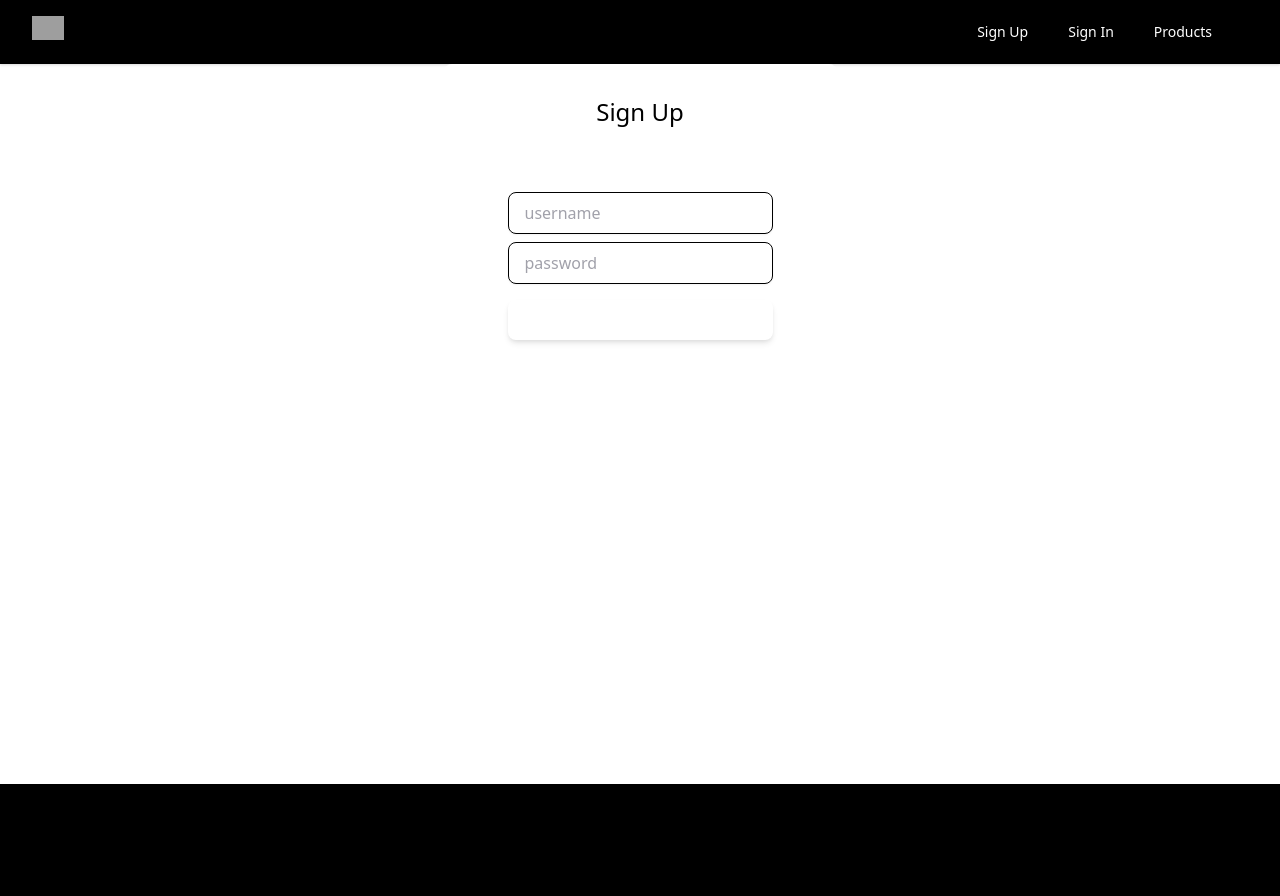
Repository: jesschoe/devup
Page: /signup (app in client/)
An editor plug-in stored every save of this project. The page is shown before and after the next save, followed by the edit.
The browser window is 1280 px wide. The pictures show the whole page.
Pictures or frames that could not be fetched are drawn as grey boxes. The project was rebuilt for these pictures with package versions that can differ from the ones it lists, and the page was loaded fresh each time. Also part of the build but not shown: client/craco.config.js, client/src/screens/Home/Home.jsx, client/src/services/products.js, client/src/screens/ProductDetail/ProductDetail.jsx, client/src/screens/ProductEdit/ProductEdit.jsx, client/src/screens/ProductCreate/ProductCreate.jsx, client/src/screens/SignIn/SignIn.jsx, client/src/components/Product/Product.jsx and 2 more.

Above is the page before, as saved 2021-10-10 13:49:34.

### client/src/App.js
import './App.css';
import { Route } from "react-router-dom"
import Home from "./screens/Home/Home"
import ProductDetail from "./screens/ProductDetail/ProductDetail"
import ProductEdit from "./screens/ProductEdit/ProductEdit"
import ProductCreate from "./screens/ProductCreate/ProductCreate"
import SignUp from "./screens/SignUp/SignUp"
import SignIn from "./screens/SignIn/SignIn"
import Products from './screens/Products/Products';

function App() {
  return (
    <div className="App">
      <Route exact path="/">
        <Home />
      </Route>
      <Route exact path="/products">
       <Products />
      </Route>
      <Route path="/products/:id">
        <ProductDetail />
      </Route>
      <Route path="/products/:id/edit">
        <ProductEdit />
      </Route>
      <Route path="/add-product">
        <ProductCreate />
      </Route>
      <Route path="/signup">
        <SignUp />
      </Route>
      <Route path="/signin">
        <SignIn />
      </Route>
    </div>
  );
}

export default App;

### client/src/screens/SignUp/SignUp.jsx
import Layout from "../../components/Layout/Layout";
import { useState } from "react";
import { signUp } from "../../services/users";
import { useHistory } from "react-router-dom";

const SignUp = (props) => {
  const history = useHistory()

  const [form, setForm] = useState({
    username: "",
    email: "",
    password: "",
    passwordConfirmation: "",
    isError: false,
    errorMsg: "",
  });

  const handleChange = (e) =>
    setForm({
      ...form,
      [e.target.name]: e.target.value,
    })

    const onSignUp = async (e) => {
        e.preventDefault()
        const { setUser } = props
        try {
          const user = await signUp(form)
          setUser(user)
          history.push('/')
        } catch (error) {
          console.error(error)
          setForm({
            username: '',
            email: '',
            password: '',
            passwordConfirmation: '',
            isError: true,
            errorMsg: 'Sign Up Details Invalid',
          })
        }
      }
      const { username, email, password, passwordConfirmation } = form

      const renderError = () => {
        const toggleForm = form.isError ? 'danger' : ''
        if (form.isError) {
          return (
            <button type='submit' className={toggleForm}>
              {form.errorMsg}
            </button>
          )
        } else {
          return <button type='submit'>Sign Up</button>
        }
      }

  return (
      <Layout>
          <div className="min-h-screen min-w-max">
          <div className="flex justify-center items-center">
        <div class="flex flex-col justify-center items-center max-w-md px-4 py-8 bg-white rounded-lg  sm:px-6 md:px-8 lg:px-10">
          <div class="self-center mb-2 text-xl font-light text-black sm:text-2xl dark:text-white">
            Sign Up
          </div>
          <div class="p-6 mt-8">
            <form onsubmit={onSignUp}>
              <div class="flex flex-col mb-2">
                <div class=" relative ">
                  <input
                    className=" rounded-lg border-transparent flex-1 appearance-none border border-gray-300 w-full py-2 px-4 bg-white text-gray-700 placeholder-gray-400 shadow-sm text-base focus:outline-none focus:ring-2 focus:ring-purple-600 focus:border-transparent"
                    required
                    type="text"
                    value={username}
                    onChange={handleChange}
                    placeholder="username"
                  />
                </div>
              </div>
              <div className="flex flex-col mb-2">
                <div className=" relative ">
                  <input
                    className=" rounded-lg border-transparent flex-1 appearance-none border border-gray-300 w-full py-2 px-4 bg-white text-gray-700 placeholder-gray-400 shadow-sm text-base focus:outline-none focus:ring-2 focus:ring-purple-600 focus:border-transparent"
                    required
                    type="password"
                    value={password}
                    onChange={handleChange}
                    placeholder="password"
                  />
                </div>
              </div>
              <div class="flex w-full my-4">
                <div
                  class="py-2 px-4  bg-purple-600 hover:bg-purple-700 focus:ring-purple-500 focus:ring-offset-purple-200 text-white w-full transition ease-in duration-200 text-center text-base font-semibold shadow-md focus:outline-none focus:ring-2 focus:ring-offset-2  rounded-lg "
                  type="submit"
                >
                  {renderError()}
                </div>
              </div>
            </form>
          </div>
        </div>
      </div>
      </div>
      </Layout>
  )

};

export default SignUp;

### client/src/components/Layout/Layout.jsx
import Footer from '../Footer/Footer'
import Nav from '../Nav/Nav'

const Layout = (props) => {
  return (
    <div>
      <Nav />
      <div className="">
        {props.children}
      </div>
      <Footer />
    </div>
  )
}

export default Layout

### client/src/services/users.js
import api from './apiConfig'
import jwtDecode from 'jwt-decode'

export const signUp = async (credentials) => {
  try {
    const resp = await api.post('/sign-up', credentials)
    localStorage.setItem('token', resp.data.token)
    const user = jwtDecode(resp.data.token)
    return user
  } catch (error) {
    throw error
  }
}

export const signIn = async (credentials) => {
  try {
    const resp = await api.post('/sign-in', credentials)
    localStorage.setItem('token', resp.data.token)
    const user = jwtDecode(resp.data.token)
    return user
  } catch (error) {
    throw error
  }
}

export const signOut = async () => {
  try {
    localStorage.removeItem("token")
    return true
  } catch (error) {
    throw error
  }
}

export const changePassword = async (passwords, user) => {
  try {
    const resp = await api.post('/')
    return resp.data
  } catch (error) {
    throw error
  }
}

export const verifyUser = async () => {
  const token = localStorage.getItem('token')
  if (token) {
    const res = await api.get('/verify')
    return res.data
  }
  return false
}

### client/src/components/Footer/Footer.jsx
import React from "react";
import { Link } from "react-router-dom";
const Footer = () => {
  return (
    <div>
      <footer className="px-3 py-8 bg-black text-2 text-gray-500 transition-colors duration-200">
        <div className="flex flex-col">
          <div className="md:hidden mt-7 mx-auto w-11 h-px rounded-full"></div>
          <div class="mt-4 md:mt-0 flex flex-col md:flex-row">
            <nav className="flex-1 flex flex-col items-center justify-center md:items-end md:border-r border-gray-100 md:pr-5">
              <Link to="/" className="hover:text-white">
                About us
              </Link>
              <Link className="hover:text-white">Contacts</Link>
            </nav>
            <div className="md:hidden mt-4 mx-auto w-11 h-px rounded-full"></div>
            <div className="mt-4 md:mt-0 flex-1 flex items-center justify-center md:border-r border-gray-100 hover:text-white">
              <Link to="/">DevUp</Link>
            </div>
            <div className="md:hidden mt-4 mx-auto w-11 h-px rounded-full "></div>
            <div className="mt-7 md:mt-0 flex-1 flex flex-col items-center justify-center md:items-start md:pl-5">
              <svg
                xmlns="http://www.w3.org/2000/svg"
                width="30"
                height="30"
                fill="currentColor"
                className="text-xl hover:text-white transition-colors duration-200"
                viewBox="0 0 1792 1792"
              >
                <path d="M896 128q209 0 385.5 103t279.5 279.5 103 385.5q0 251-146.5 451.5t-378.5 277.5q-27 5-40-7t-13-30q0-3 .5-76.5t.5-134.5q0-97-52-142 57-6 102.5-18t94-39 81-66.5 53-105 20.5-150.5q0-119-79-206 37-91-8-204-28-9-81 11t-92 44l-38 24q-93-26-192-26t-192 26q-16-11-42.5-27t-83.5-38.5-85-13.5q-45 113-8 204-79 87-79 206 0 85 20.5 150t52.5 105 80.5 67 94 39 102.5 18q-39 36-49 103-21 10-45 15t-57 5-65.5-21.5-55.5-62.5q-19-32-48.5-52t-49.5-24l-20-3q-21 0-29 4.5t-5 11.5 9 14 13 12l7 5q22 10 43.5 38t31.5 51l10 23q13 38 44 61.5t67 30 69.5 7 55.5-3.5l23-4q0 38 .5 88.5t.5 54.5q0 18-13 30t-40 7q-232-77-378.5-277.5t-146.5-451.5q0-209 103-385.5t279.5-279.5 385.5-103zm-477 1103q3-7-7-12-10-3-13 2-3 7 7 12 9 6 13-2zm31 34q7-5-2-16-10-9-16-3-7 5 2 16 10 10 16 3zm30 45q9-7 0-19-8-13-17-6-9 5 0 18t17 7zm42 42q8-8-4-19-12-12-20-3-9 8 4 19 12 12 20 3zm57 25q3-11-13-16-15-4-19 7t13 15q15 6 19-6zm63 5q0-13-17-11-16 0-16 11 0 13 17 11 16 0 16-11zm58-10q-2-11-18-9-16 3-14 15t18 8 14-14z"></path>
              </svg>
            </div>
          </div>
        </div>
      </footer>
    </div>
  );
};

export default Footer;

### client/src/components/Nav/Nav.jsx
import { NavLink } from "react-router-dom";
import MobileNav from "../MobileNav/MobileNav";

const Nav = () => {
  return (
    <div>
      <nav className="bg-black dark:bg-gray-800  shadow ">
        <div className="max-w-7xl mx-auto px-8">
          <div className="flex items-center justify-between h-16">
            <div className="w-full justify-between flex items-center">
              <NavLink className="h-8 w-8" to="/">
                <img src="../../../public/logo.png" alt="Devup Logo" />{" "}
              </NavLink>
              <div className="hidden md:block">
                <div className="ml-10 flex items-baseline space-x-4">
                  <NavLink
                    className="text-white hover:text-indigo-400 px-3 py-2 rounded-md text-sm font-medium"
                    to="/signup"
                  >
                    Sign Up
                  </NavLink>
                  <NavLink
                    className="text-white hover:text-indigo-400 px-3 py-2 rounded-md text-sm font-medium"to="/signin">
                    Sign In
                  </NavLink>
                  <NavLink className="text-white hover:text-indigo-400 px-3 py-2 rounded-md text-sm font-medium"to="/products">
                    Products
                  </NavLink>
                </div>
              </div>
            </div>
            <div className="block">
              <div className="ml-4 flex items-center md:ml-6"></div>
            </div>
            <div className="-mr-2 flex md:hidden">
              <button className="text-white inline-flex items-center justify-center p-2 rounded-md focus:outline-none">
                <svg
                  width="20"
                  height="20"
                  fill="currentColor"
                  className="h-8 w-8"
                  viewBox="0 0 1792 1792"
                  xmlns="http://www.w3.org/2000/svg"
                >
                  <path d="M1664 1344v128q0 26-19 45t-45 19h-1408q-26 0-45-19t-19-45v-128q0-26 19-45t45-19h1408q26 0 45 19t19 45zm0-512v128q0 26-19 45t-45 19h-1408q-26 0-45-19t-19-45v-128q0-26 19-45t45-19h1408q26 0 45 19t19 45zm0-512v128q0 26-19 45t-45 19h-1408q-26 0-45-19t-19-45v-128q0-26 19-45t45-19h1408q26 0 45 19t19 45z"></path>
                </svg>
              </button>
            </div>
          </div>
        </div>
        <div className="md:hidden">
          <MobileNav />
        </div>
      </nav>
    </div>
  );
};

export default Nav;

### client/src/services/apiConfig.js
import axios from 'axios'

const getToken = () => {
    return new Promise(resolve => {
        resolve(`Bearer ${localStorage.getItem('token') || null}`)
    })
}

const api = axios.create({
    baseURL: process.env.NODE_ENV === 'production'
        ? 'https://devupapp.herokuapp.com//api'
        : 'http://localhost:3000/api'
})

api.interceptors.request.use(async function (config) {
    config.headers['Authorization'] = await getToken()
    return config
}, function (error) {
    console.log('Request error: ', error)
    return Promise.reject(error)
});

export default api

### client/src/components/MobileNav/MobileNav.jsx
import { NavLink } from "react-router-dom";

const MobileNav = () => {
  return (
    <div className="px-2 pt-2 pb-3 space-y-1 sm:px-3">
      <NavLink
        className="text-white hover:text-indigo-400 px-3 py-2 rounded-md text-sm font-medium block"
        to="/signup">
        Sign Up
      </NavLink>
      <NavLink
        className="text-white hover:text-indigo-400 px-3 py-2 rounded-md text-sm font-medium block"
        to="/signin">
        Sign In
      </NavLink>
      <NavLink
        className="text-white hover:text-indigo-400 px-3 py-2 rounded-md text-sm font-medium block"
        to="/products">
        Products
      </NavLink>
    </div>
  );
};

export default MobileNav;

### client/tailwind.config.js


module.exports = {
  purge: ['./src/**/*.{js,jsx,ts,tsx}', './public/index.html'],
  darkMode: false, // or 'media' or 'class'
  theme: {
    extend: {},
    colors: {
      background: '#262626',
      primary: '#BABABA',
      orange: '#FFA800',
      purple: '#B371DB',
      white: '#ffffff',
      black: '#000000'
    },
  },
  variants: {
    extend: {},
  },
  plugins: [],
}

Loaded but not shown: client/public/index.html (common file); client/src/index.js (common file); client/src/index.css (common file); client/src/reportWebVitals.js (common file); client/src/App.css (common file)

After the next save:
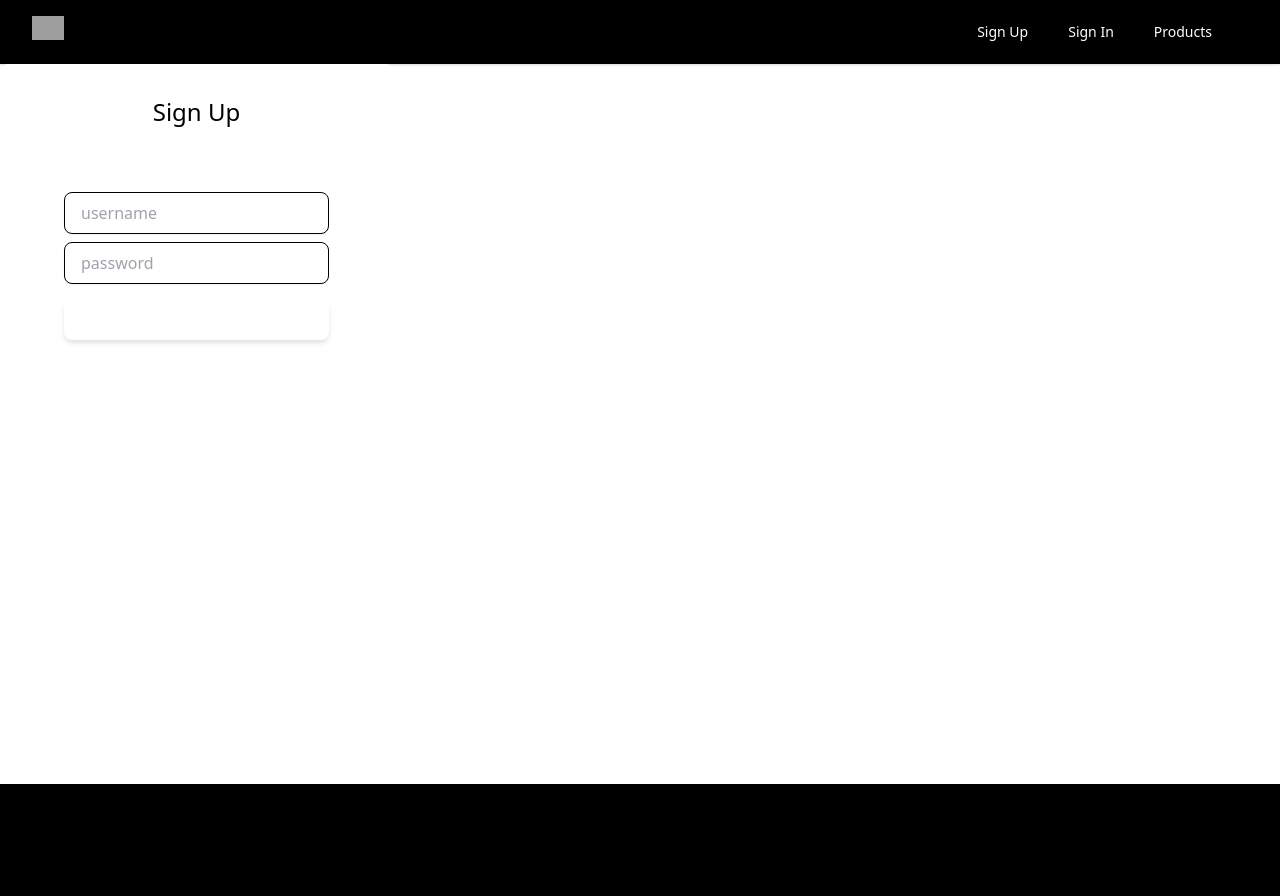
Saved 7 s later.
--- a/client/src/screens/SignUp/SignUp.jsx
+++ b/client/src/screens/SignUp/SignUp.jsx
@@ -58,7 +58,7 @@
   return (
       <Layout>
           <div className="min-h-screen min-w-max">
-          <div className="flex justify-center items-center">
+          <div className="flex justify-cen">
         <div class="flex flex-col justify-center items-center max-w-md px-4 py-8 bg-white rounded-lg  sm:px-6 md:px-8 lg:px-10">
           <div class="self-center mb-2 text-xl font-light text-black sm:text-2xl dark:text-white">
             Sign Up

After the save that followed:
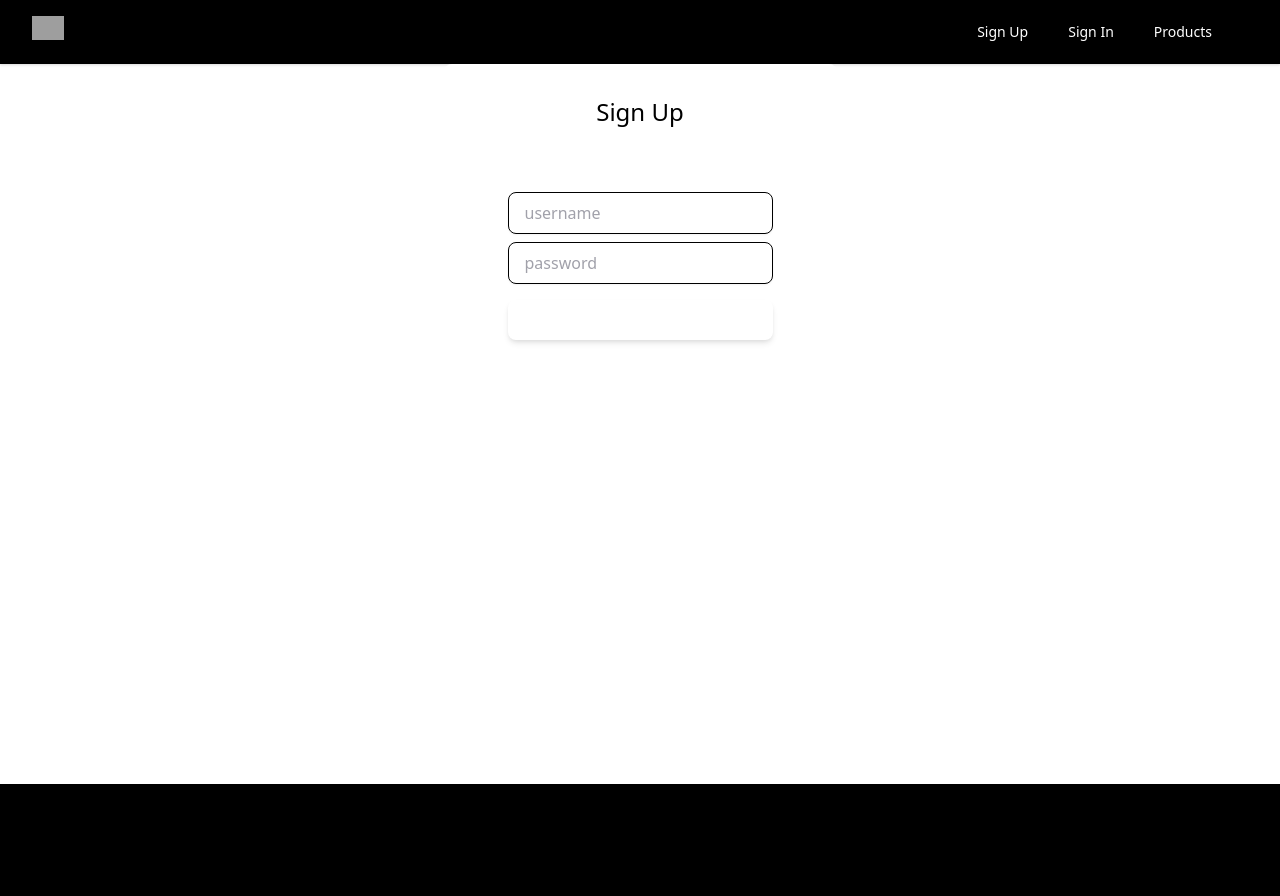
Saved 5 s later.
--- a/client/src/screens/SignUp/SignUp.jsx
+++ b/client/src/screens/SignUp/SignUp.jsx
@@ -58,7 +58,7 @@
   return (
       <Layout>
           <div className="min-h-screen min-w-max">
-          <div className="flex justify-cen">
+          <div className="flex justify-center items-center">
         <div class="flex flex-col justify-center items-center max-w-md px-4 py-8 bg-white rounded-lg  sm:px-6 md:px-8 lg:px-10">
           <div class="self-center mb-2 text-xl font-light text-black sm:text-2xl dark:text-white">
             Sign Up
